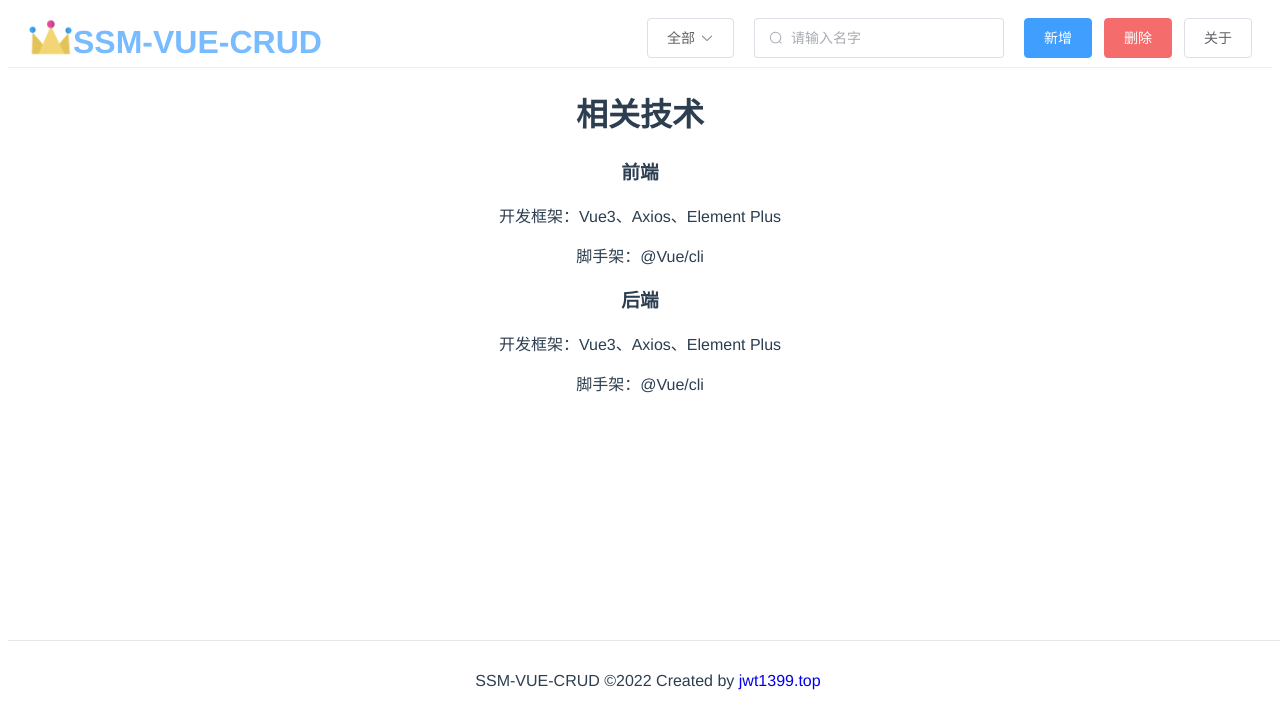
Repository: jwt1399/ssm-vue-crud
Page: /#/about (app in ssm-crud-front/)
An editor plug-in stored every save of this project. The page is shown before and after the next save, followed by the edit.
The browser window is 1280 px wide. The pictures show the whole page.
The project was rebuilt for these pictures with package versions that can differ from the ones it lists, and the page was loaded fresh each time. Also part of the build but not shown: ssm-crud-front/vue.config.js, ssm-crud-front/src/components/Form.vue, ssm-crud-front/src/views/CrudView.vue.

Above is the page before, as saved 2022-06-09 13:10:29.

After the next save:
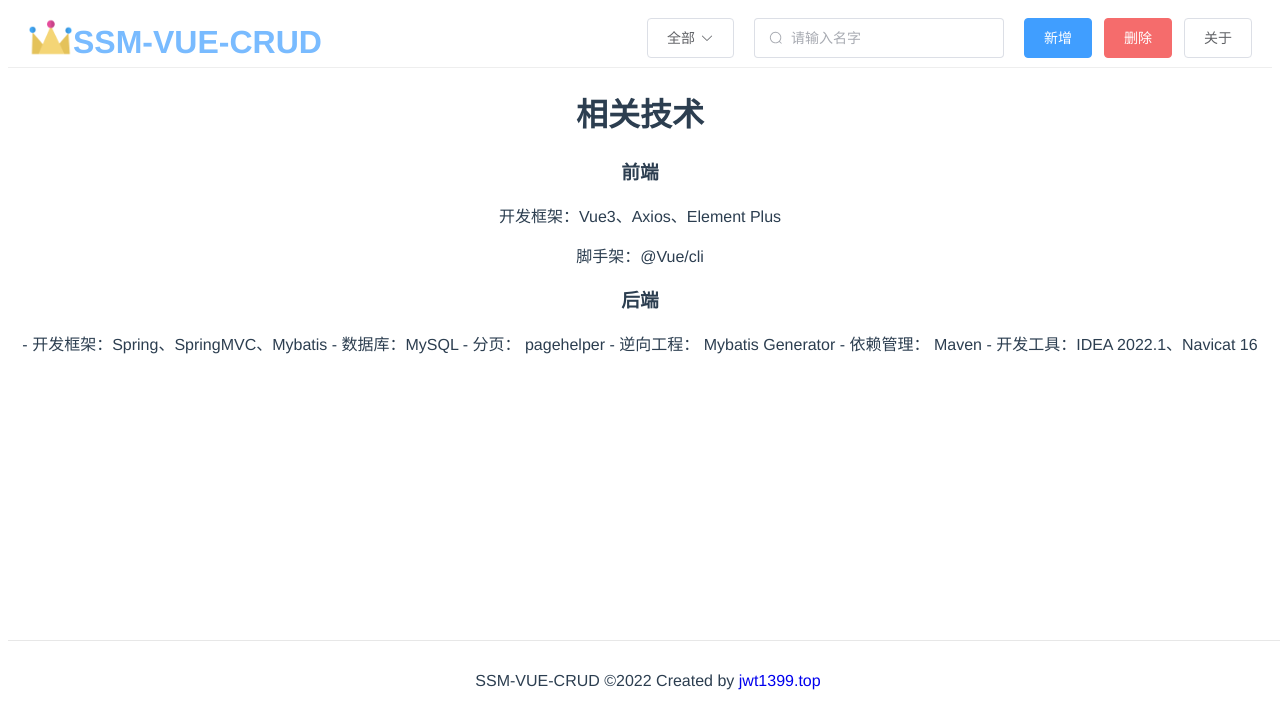
Saved 25 s later.
--- a/ssm-crud-front/src/views/AboutView.vue
+++ b/ssm-crud-front/src/views/AboutView.vue
@@ -6,8 +6,12 @@
     <p>开发框架：Vue3、Axios、Element Plus</p>
     <p>脚手架：@Vue/cli</p>
     <h3>后端</h3>
-    <p>开发框架：Vue3、Axios、Element Plus</p>
-    <p>脚手架：@Vue/cli</p>
+- 开发框架：Spring、SpringMVC、Mybatis
+- 数据库：MySQL
+- 分页： pagehelper
+- 逆向工程： Mybatis Generator
+- 依赖管理： Maven
+- 开发工具：IDEA 2022.1、Navicat 16
   </div>
 </template>
 
